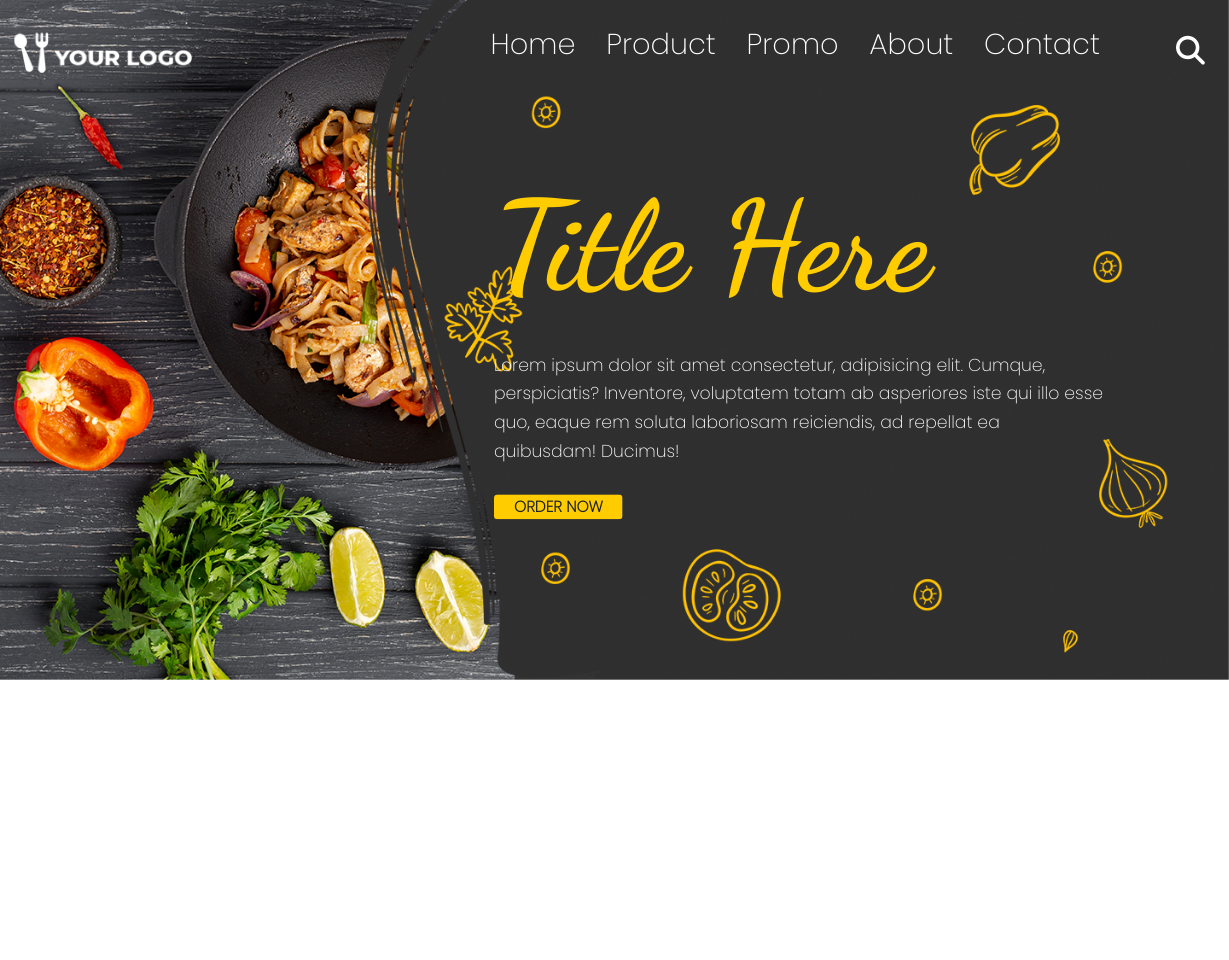
Repository: iphoneboy46/templateRestaurent
Page: index.html
These files come from the project's save history. The page is drawn as it stood at one moment and after the next save; the edit follows.
The browser window is 1280 px wide. The pictures show the whole page, at 96% of full size.

Above is the page before, as saved 2022-10-12 15:16:52.

After the next save:
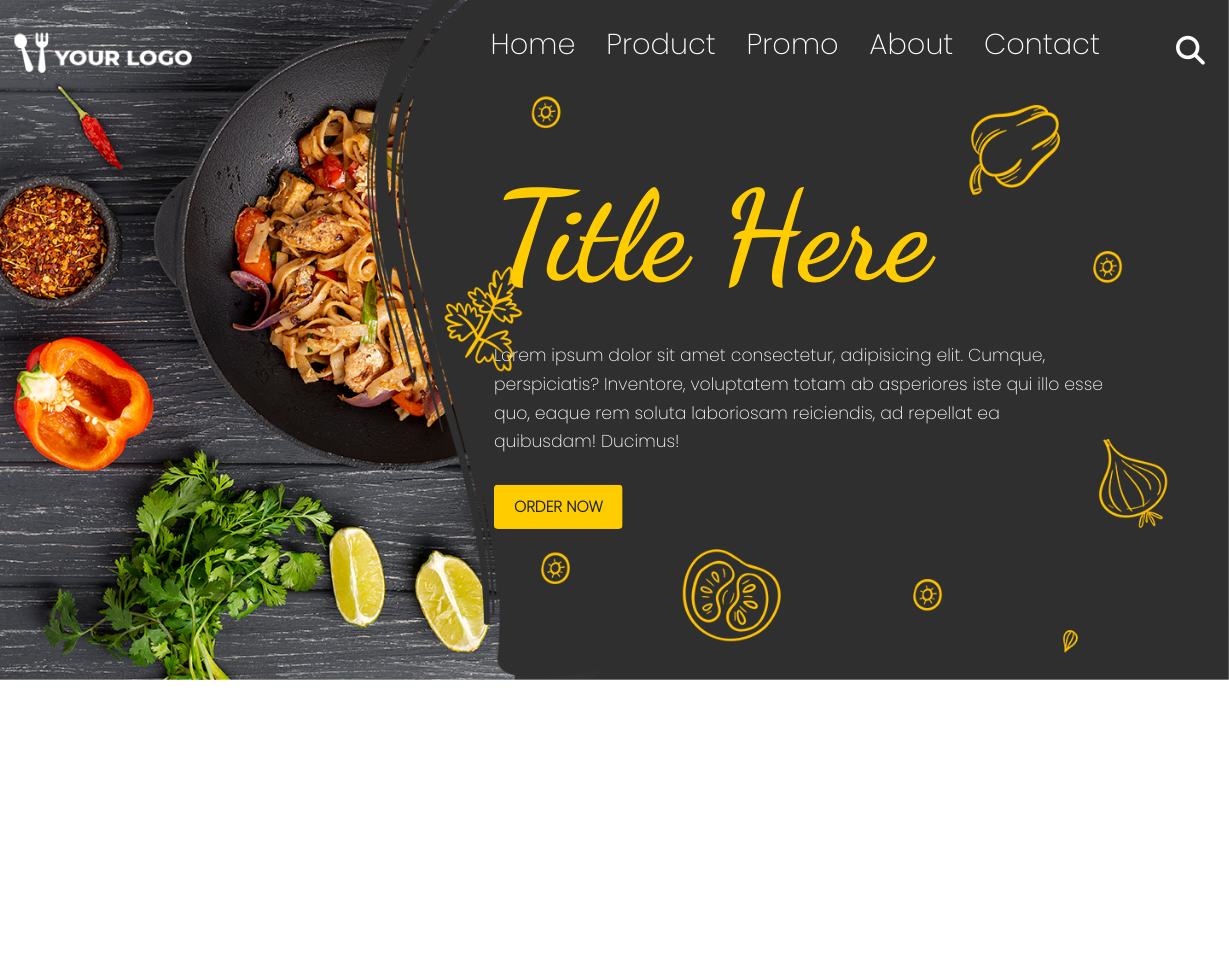
Saved 9 s later.
--- a/style.css
+++ b/style.css
@@ -76,5 +76,5 @@
 .header__content .btn {
     background-color: #ffcc00;
     font-weight: bold;
-    padding: 0 20px;
+    padding: 10px 20px;
 }
